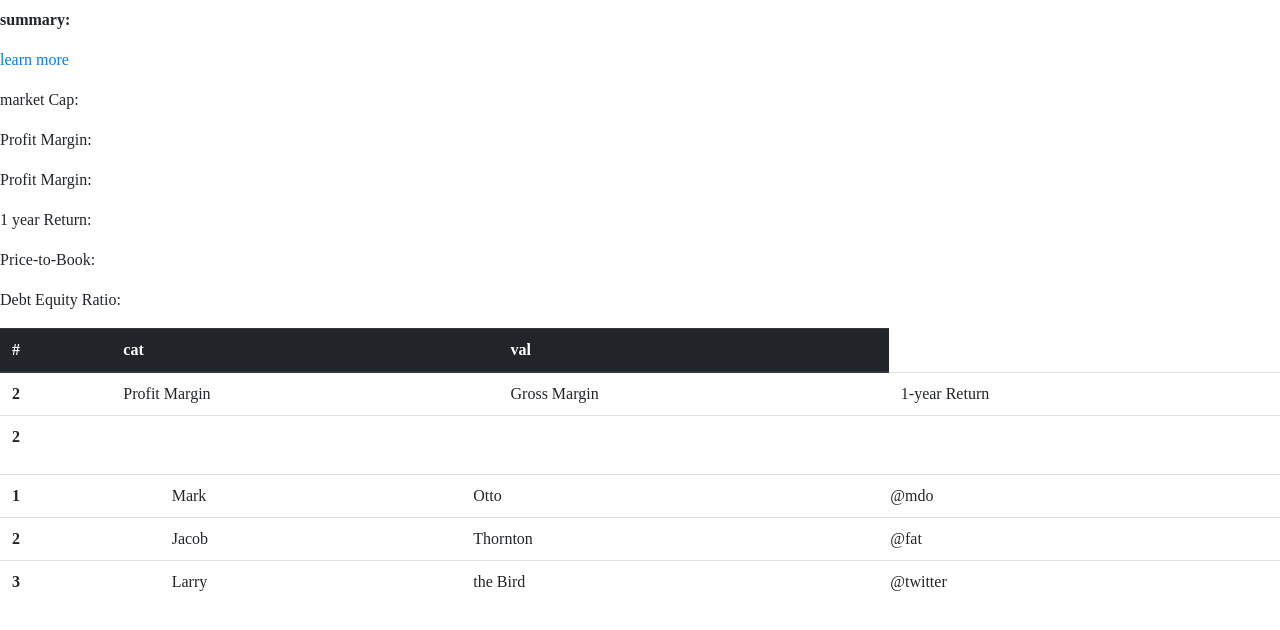
Repository: brendan12372/theSite
Page: topTen/templates/stocks/stock_detail.html
These files come from the project's save history. The page is drawn as it stood at one moment and after the next save; the edit follows.
The browser window is 1280 px wide. The pictures show the whole page.
Some web libraries are served in a nearby version. The page is served by the project's application, run on Django 4.2 (manage.py). Other server files are loaded and not shown. The template is opened directly, without the code that normally fills it, so the values that code supplies are empty.

Above is the page before, as saved 2022-03-15 00:00:48.

### topTen/templates/stocks/stock_detail.html
{% load static %}
{{ static }}

<html lang="en">
  <head>
    <!-- Required meta tags -->
    <meta charset="utf-8">
    <meta name="viewport" content="width=device-width, initial-scale=1, shrink-to-fit=no">

    <!-- Bootstrap CSS -->
    <link rel="stylesheet" href="https://cdn.jsdelivr.net/npm/bootstrap@4.0.0/dist/css/bootstrap.min.css" integrity="sha384-Gn5384xqQ1aoWXA+058RXPxPg6fy4IWvTNh0E263XmFcJlSAwiGgFAW/dAiS6JXm" crossorigin="anonymous">
    <link rel="stylesheet" type="text/css" href="{% static 'topTen/style.css' %}"><!doctype html>

    <title>Hello, world!</title>
  </head>
  <body>

    <h1 class="display-3 text-center">{{ object.shortName }}</h1>
    <p class="text-start font-weight-bold"> summary:</p><p>{{ object.summary }}</p>
    <p>{{object.news}}<a href={{object.link}}>learn more</a> </p>

    <p>market Cap: {{ object.marketCap }}</p>


    <p>Profit Margin: {{ object.profitMargins }}</p>
    <p>Profit Margin: {{ object.grossMargins }}</p>
    <p>1 year Return: {{ object.yearReturn }}</p>
    <p>Price-to-Book: {{ object.PriceToBook}}</p>
    <p>Debt Equity Ratio: {{ object.debtEquityRatio}}</p>

    <table class="table">
      <thead class="thead-dark">
        <tr>
          <th scope="col">#</th>
          <th scope="col">cat</th>
          <th scope="col">val</th>
        </tr>
      </thead>
      <tbody>
        <tr>
          <th scope="row">2</th>
          <td>Profit Margin</td>
          <td>Gross Margin</td>
          <td>1-year Return</td>
        </tr>
        <tr>
          <th scope="row">2</th>
          <td>{{object.profitMargins}}</td>
          <td>{{object.grossMargins}}</td>
          <td>{{object.yearReturn}}</td>
        </tr>

      </tbody>
    </table>

    <table class="table">
      <thead class="thead-light">
      </thead>
      <tbody>
        <tr>
          <th scope="row">1</th>
          <td>Mark</td>
          <td>Otto</td>
          <td>@mdo</td>
        </tr>
        <tr>
          <th scope="row">2</th>
          <td>Jacob</td>
          <td>Thornton</td>
          <td>@fat</td>
        </tr>
        <tr>
          <th scope="row">3</th>
          <td>Larry</td>
          <td>the Bird</td>
          <td>@twitter</td>
        </tr>
      </tbody>
    </table>


    <!-- Optional JavaScript -->
    <!-- jQuery first, then Popper.js, then Bootstrap JS -->
    <script src="https://code.jquery.com/jquery-3.2.1.slim.min.js" integrity="sha384-KJ3o2DKtIkvYIK3UENzmM7KCkRr/rE9/Qpg6aAZGJwFDMVNA/GpGFF93hXpG5KkN" crossorigin="anonymous"></script>
    <script src="https://cdn.jsdelivr.net/npm/popper.js@1.12.9/dist/umd/popper.min.js" integrity="sha384-ApNbgh9B+Y1QKtv3Rn7W3mgPxhU9K/ScQsAP7hUibX39j7fakFPskvXusvfa0b4Q" crossorigin="anonymous"></script>
    <script src="https://cdn.jsdelivr.net/npm/bootstrap@4.0.0/dist/js/bootstrap.min.js" integrity="sha384-JZR6Spejh4U02d8jOt6vLEHfe/JQGiRRSQQxSfFWpi1MquVdAyjUar5+76PVCmYl" crossorigin="anonymous"></script>
  </body>
</html>

### tutorial/urls.py
from django.urls import path, include
from django.contrib import admin

urlpatterns = [
path('admin/', admin.site.urls),
path('', include('stocks.urls')),
path('topTen/', include('topTen.urls')),

]

### stocks/urls.py
from django.urls import path
from stocks import views
from django.contrib import admin

urlpatterns = [
    # path('stocks/', views.stocks_list),
    path('', views.stocks_list2),
    path('<int:pk>/', views.stocks_detail),
    path('<str:sector>/<str:sortBy>/<str:dir>', views.stocks_list),
    path('sectors/<str:sortBy>/<str:dir>', views.sector_list),

]

### topTen/urls.py
from django.urls import path
from topTen import views
urlpatterns = [
    # path('front/', views.front_list),
    # path('front/<int:pk>/', views.stocks_detail),
    path('sector/', views.sector_view,name='sector'),
    path('home/', views.vTwo,name='sort'),
    path('',views.home,name='home'),
    path('<int:pk>/', views.detail.as_view(),name='detail'),


]

### topTen/static/topTen/style.css
 /* Navbar container */
 .theOptions{
  background-color:lightblue;
  text-align: left;
     padding-left: 10%;
}
 article{
margin-top:30px;
 }
 body{
          font-family: "Noto Serif Armenian Light";

 }
.Key{
    background-color: lightblue;
}

.theList{
  background-color:darkgrey;
  text-align: left;
  margin-top: 5px;
    font-family: "Times";
}
p{
         font-family: "Noto Serif Armenian Light";

}
 .navbar {
  overflow: hidden;
  background-color: darkgrey;
  font-family: 'Noto Serif Armenian Light';
     margin-bottom: 30px;
}
 body {
   background-color:'green'
 }

/* Links inside the navbar */
.navbar a {
  float: left;
  font-size: 16px;
  color: white;
  text-align: center;
  padding: 14px 16px;
  text-decoration: none;
}

/* The dropdown container */
.dropdown {
  float: left;
  overflow: hidden;
}

/* Dropdown button */
.dropdown .dropbtn {
  font-size: 16px;
  border: none;
  outline: none;
  color: white;
  padding: 14px 16px;
  background-color: inherit;
  font-family: inherit; /* Important for vertical align on mobile phones */
  margin: 0; /* Important for vertical align on mobile phones */
}

/* Add a red background color to navbar links on hover */
.navbar a:hover, .dropdown:hover .dropbtn {
  background-color: red;
}

/* Dropdown content (hidden by default) */
.dropdown-content {
  display: none;
  position: absolute;
  background-color: #f9f9f9;
  min-width: 160px;
  box-shadow: 0px 8px 16px 0px rgba(0,0,0,0.2);
  z-index: 1;
}

/* Links inside the dropdown */
.dropdown-content a {
  float: none;
  color: black;
  padding: 12px 16px;
  text-decoration: none;
  display: block;
  text-align: left;
}

/* Add a grey background color to dropdown links on hover */
.dropdown-content a:hover {
  background-color: #ddd;
}

/* Show the dropdown menu on hover */
.dropdown:hover .dropdown-content {
  display: block;
}
label {
  ;
}

After the next save:
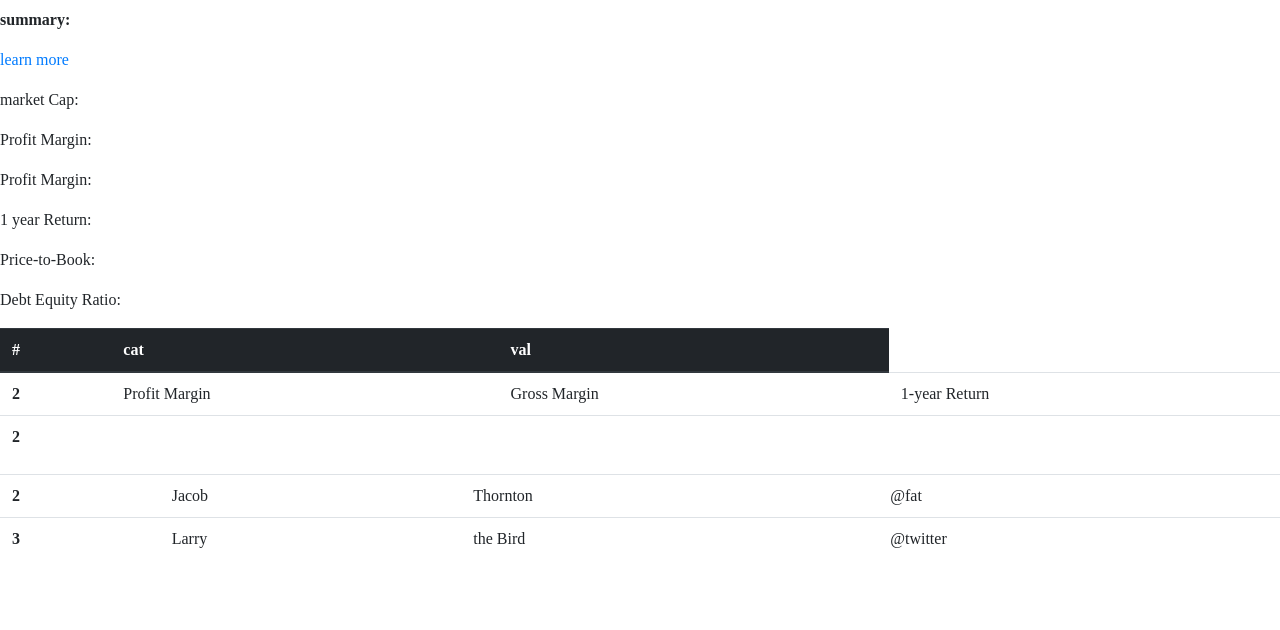
Saved 31 s later.
--- a/topTen/templates/stocks/stock_detail.html
+++ b/topTen/templates/stocks/stock_detail.html
@@ -57,12 +57,7 @@
       <thead class="thead-light">
       </thead>
       <tbody>
-        <tr>
-          <th scope="row">1</th>
-          <td>Mark</td>
-          <td>Otto</td>
-          <td>@mdo</td>
-        </tr>
+
         <tr>
           <th scope="row">2</th>
           <td>Jacob</td>
